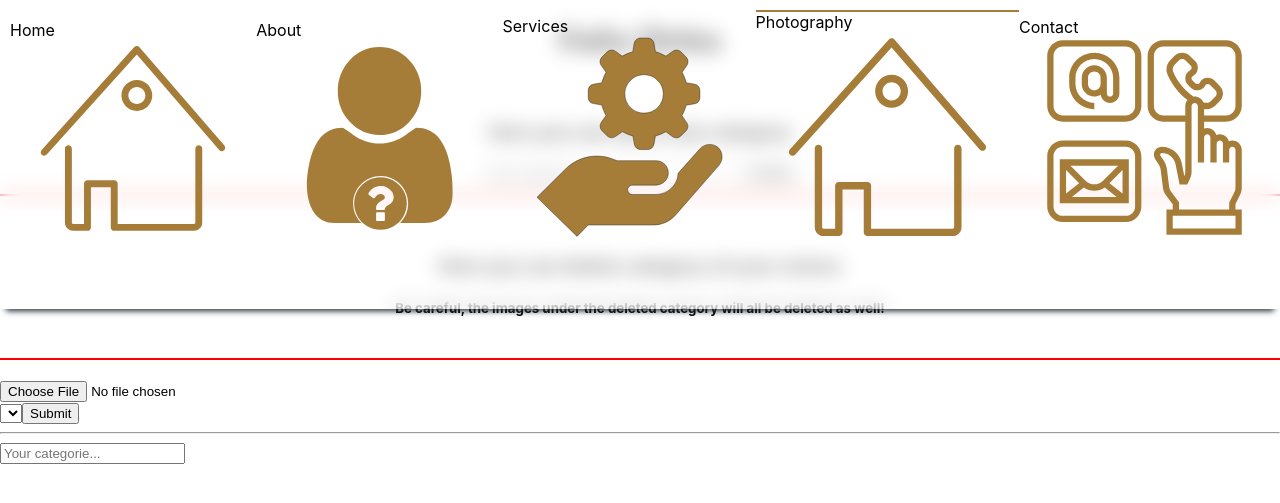
Repository: muhanad-musawi/backend-projekt-frondend
Page: /Photography (app in pohtographer/)
These files come from the project's save history. The page is drawn as it stood at one moment and after a run of saves; the edit follows.
The browser window is 1280 px wide. The pictures show the whole page.
The page's requests for data from a server got no answer. The project was rebuilt for these pictures with package versions that can differ from the ones it lists, and the page was loaded fresh each time. The framework's server and built-in components were replaced by stand-ins that run in the browser. No one was signed in, and anything a server would have sent is missing. Also part of the build but not shown: pohtographer/next.config.js, pohtographer/styles/Footer.module.css.

Above is the page before, as saved 2022-03-24 09:30:26.

After the next 2 saves:
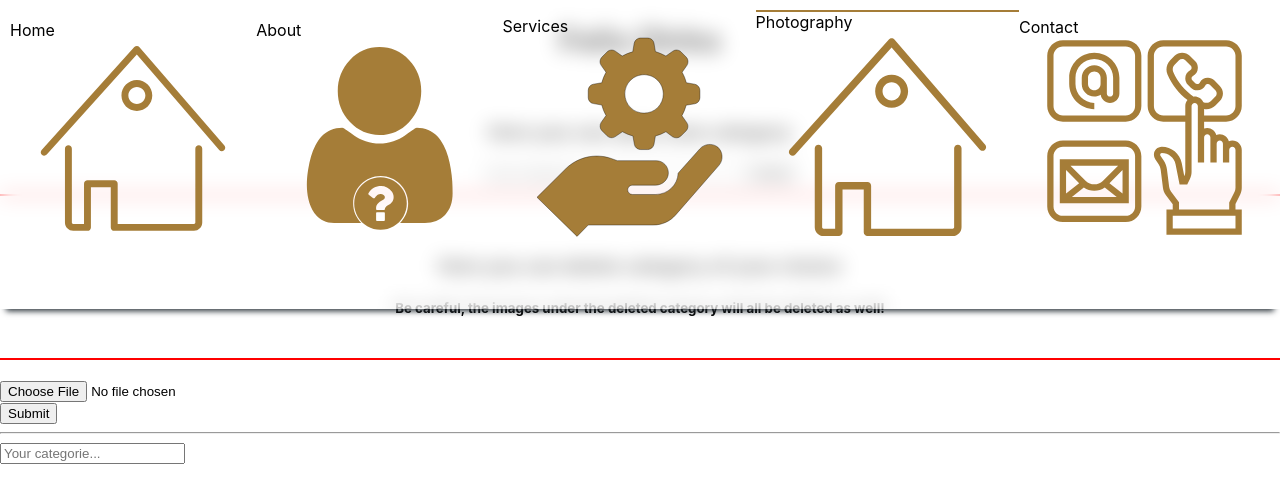
The 2 saves are shown as one change because they came seconds apart.
The last was saved 6 min 8 s later.
--- a/pohtographer/components/AddPhoto.jsx
+++ b/pohtographer/components/AddPhoto.jsx
@@ -61,11 +61,11 @@
           </div>
         )}
 
-
+        {/*
         <select onChange={(e)=>setPhotoCategorie(e.target.value)}>
           {categories.map((categorie, index) => <option key={index} value={categorie}>{categorie}</option>)}
         </select>
-
+        */}
         <input type="submit" />
         <hr />
       </form>
